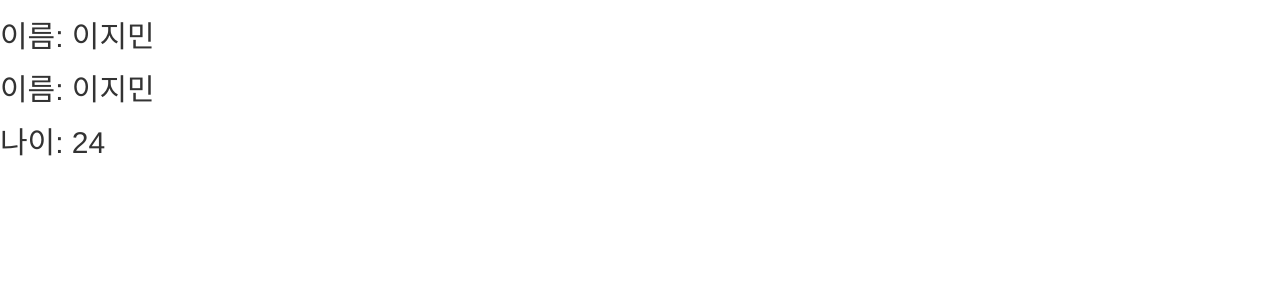
Repository: jungbee2/jungproject
Page: http://localhost/JstlProject/day0330/ex2_jstl_format.jsp
The author's editor kept a copy of each file at every save. The page is drawn from the files as they stood at one save, then again after the next save.
The browser window is 1280 px wide. The pictures show the whole page.
Some web fonts or font styles are not loaded; a fallback is used. The page is served by Tomcat 9. Other server files are loaded and not shown.

Above is the page before, as saved 2023-03-30 01:28:04.

### JstlProject/src/main/webapp/day0330/ex2_jstl_format.jsp
<%@page import="java.util.Date"%>
<%@ page language="java" contentType="text/html; charset=utf-8"
	pageEncoding="utf-8"%>
<%@ taglib uri="http://java.sun.com/jsp/jstl/core" prefix="c"%>
<%@ taglib uri="http://java.sun.com/jsp/jstl/fmt" prefix="fmt"%>
<!DOCTYPE html>
<html>
<head>
<meta charset="utf-8">
<title>Insert title here</title>

<link
	href="https://fonts.googleapis.com/css2?family=Anton&family=Edu+VIC+WA+NT+Beginner:wght@600&family=Gamja+Flower&family=Single+Day&family=Jua&family=Nanum+Pen+Script&display=swap"
	rel="stylesheet">
<link rel="stylesheet"
	href="https://maxcdn.bootstrapcdn.com/bootstrap/3.4.1/css/bootstrap.min.css">
<script src="https://code.jquery.com/jquery-3.6.3.js"></script>

</head>

<body>
<!-- 변수선언 -->
<c:set var="name" value="이지민"></c:set>
<c:set var="age" value="24"></c:set>
<c:set var="today" value="<%=new Date() %>"/>

<!-- 변수출력 -->
<!-- c:out이 변수출력인데 생략가능 -->
<h2>이름: <c:out value="${name }"/></h2>
<h2>이름: ${name }</h2>
<h2>나이: ${age }</h2>
</body>
</html>

After the next save:
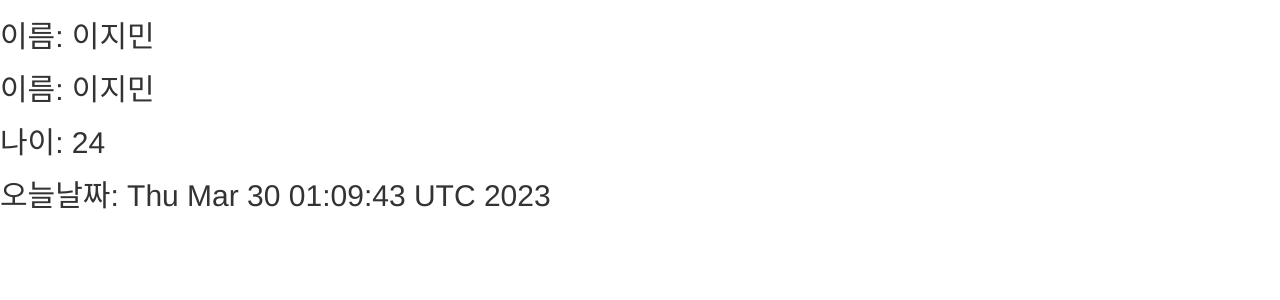
Saved 44 s later.
--- a/JstlProject/src/main/webapp/day0330/ex2_jstl_format.jsp
+++ b/JstlProject/src/main/webapp/day0330/ex2_jstl_format.jsp
@@ -29,5 +29,6 @@
 <h2>이름: <c:out value="${name }"/></h2>
 <h2>이름: ${name }</h2>
 <h2>나이: ${age }</h2>
+<h2>오늘날짜: ${today }</h2>
 </body>
 </html>
